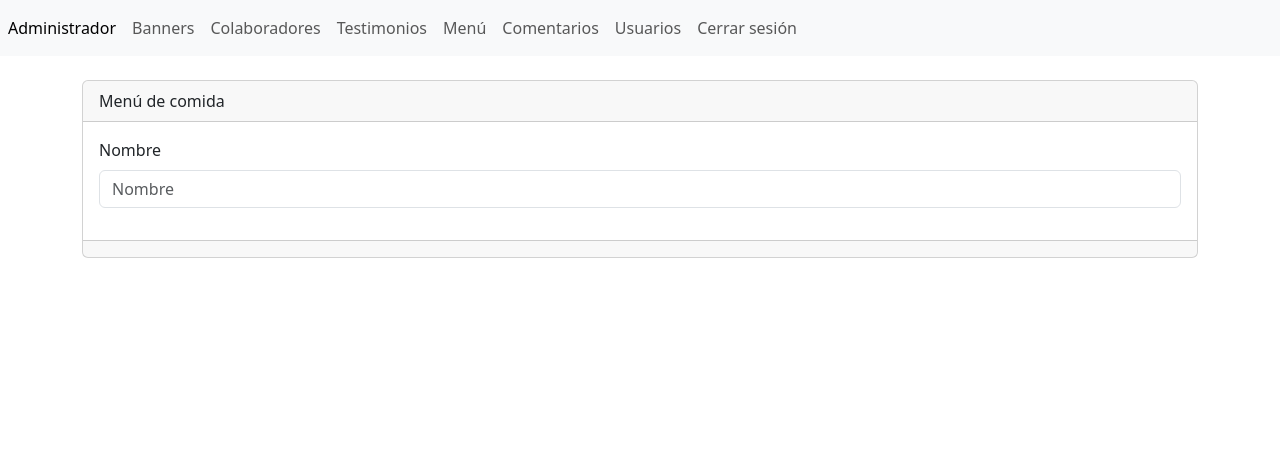
Repository: salextros/Restaurant-Project-PHP-MySQL
Page: http://localhost/TRABAJO_FINAL/restaurant/admin/seccion/menu/crear.php
These files come from the project's save history. The page is drawn as it stood at one moment and after the next save; the edit follows.
The browser window is 1280 px wide. The pictures show the whole page.
The page is run by PHP 8.4 with error messages shown; the project is at /var/www/html/.

Above is the page before, as saved 2026-01-31 17:45:58.

### restaurant/admin/seccion/menu/crear.php
<?php include ("../../templates/header.php");?>
<br/>
<div class="card">
    <div class="card-header">Menú de comida</div>
    <div class="card-body">
        <form action="" method="post">

           <div class="mb-3">
            <label for="nombre" class="form-label">Nombre</label>
            <input type="text"
                class="form-control" name="nombre" id="nombre" aria-describedby="helpId" placeholder="Nombre"/>
           </div>


        </form>
    </div>
    <div class="card-footer text-muted"></div>
</div>



<?php include ("../../templates/footer.php");?>

### restaurant/admin/templates/header.php
<?php
$url_base = "http://localhost/TRABAJO_FINAL/restaurant/admin/";
?>
<!doctype html>
<html lang="en">

    <head>
        <title>Administrador del sitio web </title>
        <!-- Required meta tags -->
        <meta charset="utf-8" />
        <meta
            name="viewport"
            content="width=device-width, initial-scale=1, shrink-to-fit=no"
        />

        <!-- Bootstrap CSS v5.2.1 -->
        <link
            href="https://cdn.jsdelivr.net/npm/bootstrap@5.3.2/dist/css/bootstrap.min.css"
            rel="stylesheet"
            integrity="sha384-T3c6CoIi6uLrA9TneNEoa7RxnatzjcDSCmG1MXxSR1GAsXEV/Dwwykc2MPK8M2HN"
            crossorigin="anonymous"
        />
    </head>

    <body>
        <header>
            <!-- place navbar here -->
            <nav class="navbar navbar-expand navbar-light bg-light">
                <div class="nav navbar-nav">
                    <a class="nav-item nav-link active" href="#" aria-current="page">Administrador<span class="visually-hidden">(current)</span></a>

                    <a class="nav-item nav-link" href="<?php echo $url_base;?>seccion/banners">Banners</a>
                    <a class="nav-item nav-link" href="<?php echo $url_base;?>seccion/colaboradores">Colaboradores</a>
                    <a class="nav-item nav-link" href="<?php echo $url_base;?>seccion/testimonios">Testimonios</a>
                    <a class="nav-item nav-link" href="<?php echo $url_base;?>seccion/menu">Menú</a>
                    <a class="nav-item nav-link" href="<?php echo $url_base;?>seccion/comentarios">Comentarios</a>
                    <a class="nav-item nav-link" href="<?php echo $url_base;?>seccion/usuarios">Usuarios</a>
                    <a class="nav-item nav-link" href="#">Cerrar sesión</a>

                </div>
            </nav>


        </header>
        <main>
        <section class="container">

### restaurant/admin/templates/footer.php
        </section>
        </main>
        <footer>
            <!-- place footer here -->
        </footer>
        <!-- Bootstrap JavaScript Libraries -->
        <script
            src="https://cdn.jsdelivr.net/npm/@popperjs/core@2.11.8/dist/umd/popper.min.js"
            integrity="sha384-I7E8VVD/ismYTF4hNIPjVp/Zjvgyol6VFvRkX/vR+Vc4jQkC+hVqc2pM8ODewa9r"
            crossorigin="anonymous"
        ></script>

        <script
            src="https://cdn.jsdelivr.net/npm/bootstrap@5.3.2/dist/js/bootstrap.min.js"
            integrity="sha384-BBtl+eGJRgqQAUMxJ7pMwbEyER4l1g+O15P+16Ep7Q9Q+zqX6gSbd85u4mG4QzX+"
            crossorigin="anonymous"
        ></script>
    </body>
</html>

After the next save:
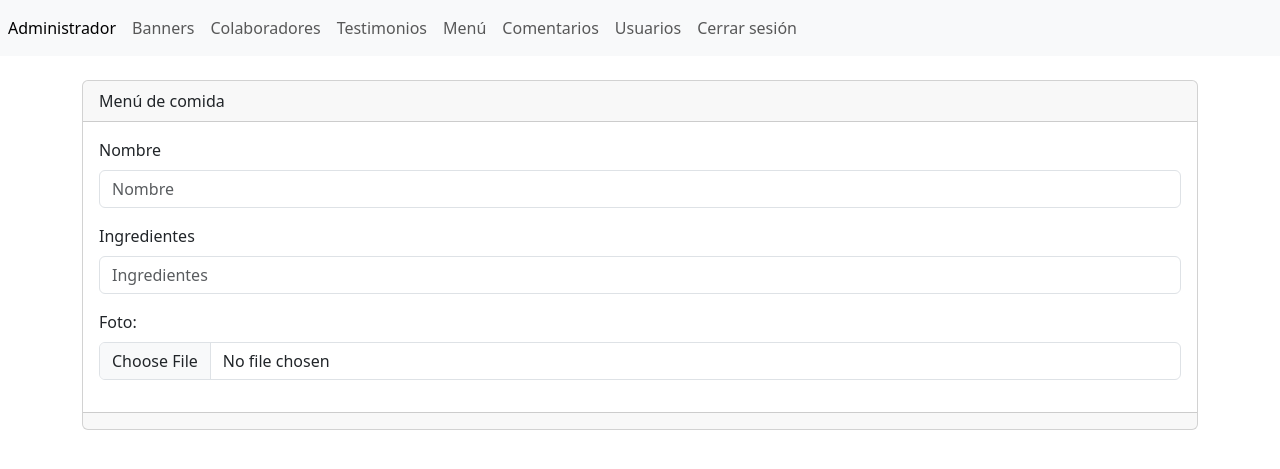
Saved 6 min 27 s later.
--- a/restaurant/admin/seccion/menu/crear.php
+++ b/restaurant/admin/seccion/menu/crear.php
@@ -11,6 +11,17 @@
                 class="form-control" name="nombre" id="nombre" aria-describedby="helpId" placeholder="Nombre"/>
            </div>
 
+            <div class="mb-3">
+                <label for="ingredientes" class="form-label">Ingredientes</label>
+                <input type="text"
+                    class="form-control" name="ingredientes" id="ingredientes" aria-describedby="helpId" placeholder="Ingredientes" />
+            </div>
+
+            <div class="mb-3">
+                <label for="foto" class="form-label">Foto:</label>
+                <input type="file" class="form-control" name="foto" id="foto" placeholder="" aria-describedby="fileHelpId" />
+            </div>
+
 
         </form>
     </div>
